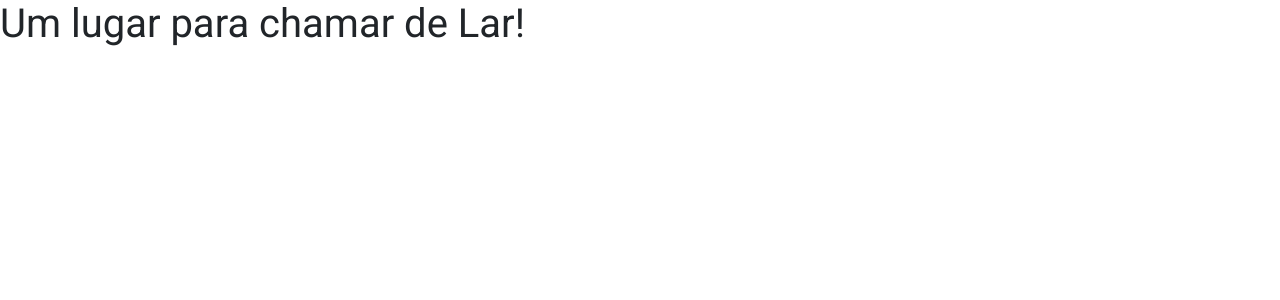
Repository: telesbp/Projeto-4-e-Projeto-5
Page: / (app in front-end/)
The author's editor kept a copy of each file at every save. The page is drawn from the files as they stood at one save, then again after the next save.
The browser window is 1280 px wide. The pictures show the whole page.
The project was rebuilt for these pictures with package versions that can differ from the ones it lists, and the page was loaded fresh each time.

Above is the page before, as saved 2022-07-17 13:53:43.

After the next save:
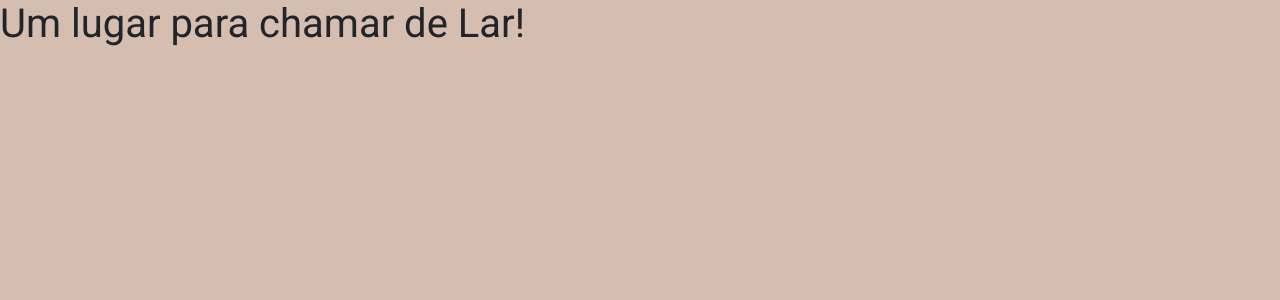
Saved 42 s later.
--- a/front-end/src/views/Home/index.tsx
+++ b/front-end/src/views/Home/index.tsx
@@ -2,9 +2,9 @@ import styled from "styled-components";
 
 export function HomeView(){
     return(
-        <div>
+        <Banner className="vh-100">
             <h1>Um lugar para chamar de Lar!</h1>
-        </div>
+        </Banner>
     )
 }
 
